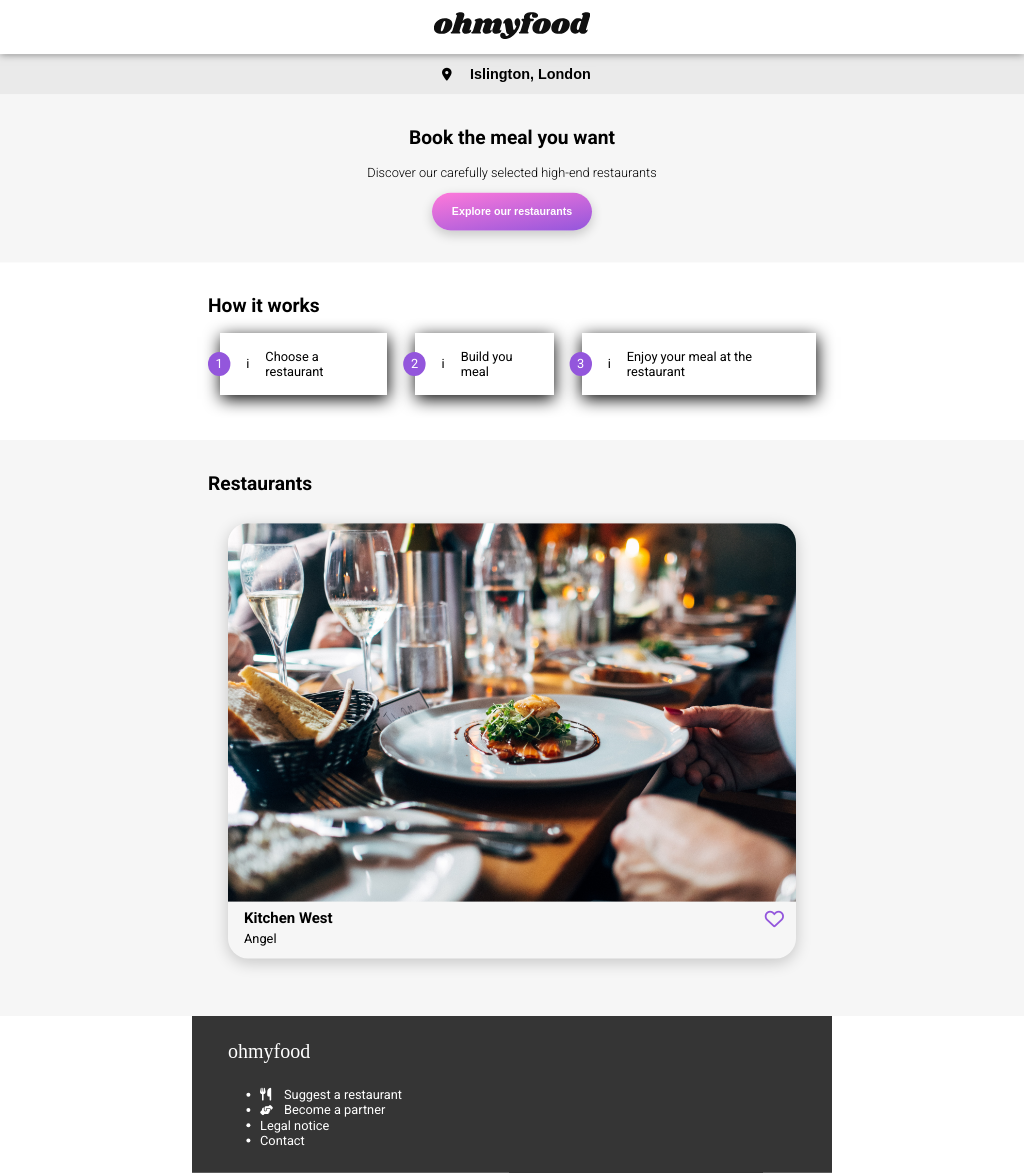
Repository: R1ptou/Project-3
Page: index.html
An editor plug-in stored every save of this project. The page is shown before and after the next save, followed by the edit.
The browser window is 1280 px wide. The pictures show the whole page, at 80% of full size.
Some web fonts or font styles are not loaded; a fallback is used. The style sheet was rebuilt from its Sass, Less or Tailwind sources for each picture, by a compiler version that may differ from the author's.

Above is the page before, as saved 2024-03-26 20:01:17.

### index.html
<!DOCTYPE html>
<html lang="en">
<head>
    <meta charset="UTF-8">
    <meta name="viewport" content="width=device-width, initial-scale=1.0">
    <title>ohmyfood</title>
    <link rel="preconnect" href="https://fonts.googleapis.com">
    <link rel="preconnect" href="https://fonts.googleapis.com">
    <link rel="preconnect" href="https://fonts.gstatic.com" crossorigin>
    <link href="https://fonts.googleapis.com/css2?family=Roboto:wght@300;400;700&family=Shrikhand&display=swap" rel="stylesheet">
    <link rel="stylesheet" href="https://cdnjs.cloudflare.com/ajax/libs/font-awesome/6.2.1/css/all.min.css"
        integrity="sha512-MV7K8+y+gLIBoVD59lQIYicR65iaqukzvf/nwasF0nqhPay5w/9lJmVM2hMDcnK1OnMGCdVK+iQrJ7lzPJQd1w=="
        crossorigin="anonymous" referrerpolicy="no-referrer">
    <link rel="stylesheet" href="./css/style.css">
</head>
<body>
<!-- Nav -->
    <nav class="navbar"> <!-- Logo -->
        <div class="container text-center">
            <img class="logo" src="./Images%20and%20text%20Ohmyfood/images/logo/ohmyfood@2x.svg" alt="ohmyfood logo" >
        </div>
    </nav>
    <form class="search-bar"> <!-- Search bar -->
        <div class="container text-center">
            <div class="icon-search"><i class="text-black fa-solid fa-location-dot"></i></div>
            <input class="input-search" value="Islington, London" type="text">
         </div>
    </form>

    <main>
        <section class="section bg-dark"> <!-- Headline -->
            <div class="container text-center">
                <h2 class="headline">Book the meal you want</h2>
                <p class="sub-headline">Discover our carefully selected high-end restaurants</p>
                <button type="submit" class="button-search">Explore our restaurants</button> <!-- Submit button -->
             </div>
        </section>

<!-- How it works -->
        <section class="section container">
            <h2 class="headline">How it works</h2>
            <ol class="list-group">
                <li class="list-group__item">
                    <span class="list-group__icon">i</span>
                    <span class="list-group__title">Choose a restaurant</span>
                </li>
                <li class="list-group__item">
                    <span class="list-group__icon">i</span>
                    <span class="list-group__title">Build you meal</span>
                </li>
                <li class="list-group__item">
                    <span class="list-group__icon">i</span>
                    <span class="list-group__title">Enjoy your meal at the restaurant</span>
                </li>
            </ol>
        </section>
<!-- Restaurants -->
        <section class="section bg-dark">
            <div class="container">
                <h2 class="headline">Restaurants</h2>
                <div class="card-group">
                 <a href="#" class="card">
                    <img class="card-img" src="./Images%20and%20text%20Ohmyfood/images/restaurants/jay-wennington-N_Y88TWmGwA-unsplash.jpg" alt="">
                    <div class="card-row">
                        <div class="card-content">
                            <h3 class="card-title">Kitchen West</h3>
                            <p class="card-subtitle">Angel</p>
                        </div>
                        <div class="heart">
                            <span class="fa-solid fa-heart heart-icon heart-full"></span>
                            <span class="fa-regular fa-heart heart-icon heart-empty"></span>
                        </div>
                    </div>
                 </a>
                </div>
            </div>
        </section>
    </main>
<!-- Header -->
<!-- Footer -->
<footer class="footer container">
    <div class="container">
    <div class="logo"> <!-- Logo -->
        <a href class="#top footer-logo" title="Back to top of the page" alt="Back to top of the page">ohmyfood</a>
     </div>
     <ul class="list">
        <li><a href="#"><span class="fa-solid fa-utensils footer-ico"></span>Suggest a restaurant</a></li>
        <li><a href="#"><i class="fa-solid fa-handshake-angle footer-ico ico-resize"></i>Become a partner</a></li>
        <li><a href="#">Legal notice</a></li>
        <li><a href="mailto:project3@ohmyfood.com" title="Email Us" alt="Email Us">Contact</a></li>
      </ul>
    </div>
  </footer>
</body>
</html>

### scss/style.scss
/****** General ***********/

@import "variables";
@import "base";
@import "loader";
@import "list-group";
@import "card";
@import "button";

.container {
    max-width: 800px;
    margin: auto;
    padding-left: 20px;
    padding-right: 20px;
}

.text-center {
    text-align: center;
}

.bg-dark {
    background-color: $senary-color;
}

.section {
    padding-top: 40px;
    padding-bottom: 40px;
}

/****** Nav ***********/
.navbar {
    box-shadow: 0 0 10px 0 rgba($color: #000000, $alpha: .5);
    position: relative;
}

/****** Logo ***********/

.logo {
    padding: 15px 0;
}
/****** Search bar ***********/

.search-bar {
    background-color: $septenary-color;
}

.icon-search {
    display: inline-flex;
    justify-content: center;
    align-items: center;
    width: 50px;
    height: 50px;
    flex-shrink: 0;
}

.input-search {
    border-width: 0;
    border-style: none;
    width: 159px;
    padding: 0;
    font-weight: bold;
    font-size: 18px;
    background-color: $septenary-color;
    caret-color: $tertiary-color;
}
.input-search:focus {
    outline: none;
}

/****** Headline ***********/
.headline {
    margin-top: 0;
}

.sub-headline {
    font-weight: 300;
}

/****** How it works ***********/

.icon-pic {
    display: relative;
    background: none;
    color: $quinary-color;
    width: 25px;
    height: 25px;
    padding: 0;
    flex-shrink: 0;
}

.icon-pic:hover {
    color: $primary-color;
}

.menu-item {
	background: white;
	border-radius: 16px;
	box-shadow: 0 4px 8px 0 rgba(0,0,0,0.2);
	position: relative;
	overflow: hidden;
	cursor: pointer;
	display: flex;

	.menu-item__price {
		display: flex;
		align-items: center;
		padding: 20px;
	}

	&:hover {
		.menu-item__checkmark {
			width: 75px;
		}
		.menu-item__checkmark-icon {
			-webkit-transform: rotate(0deg);
			transform: rotate(0deg);
		}
	}

	.menu-item__body {
		width: 100%;
		padding: 15px;
		overflow: hidden;
		display: flex;
		flex-direction: column;

		.menu-item__content, .menu-item__heading {
			margin: 0;
			font-size: 15px;
			text-overflow: ellipsis;
			overflow: hidden;
			white-space: nowrap;
		}

		.menu-item__heading{
			font-size: 17px;
		}
	}

	.menu-item__checkmark {
		width: 0;
        overflow: hidden;
		background: $senary-color;
		transition: width 1s;
		right: 0;
		top: 0;
		bottom: 0;
		flex-shrink: 0;
		display: flex;
		justify-content: center;
		align-items: center;
	}

	.menu-item__checkmark-icon {
		transform: rotate(-360deg);
		transition: transform 1s;
		color: $primary-color;;
	}
}


/****** Restaurants ***********/

.heart {
    position: relative;
    display:inline-block;
    height: 24px;
    width: 24px;
    top: 10px;
    right: 15px;
}

.heart-icon {
    position: absolute;
    display: inline-block;
    height: 24px;
    width: 24px;
    color: $primary-color;
    font-size: 24px;
}

.heart-empty {
    transition: opacity 1s;
    opacity: 1;
}

.heart-full {
    transition: opacity 1s;
    opacity: 0;
    background-image: $gradient;
    background-clip: text;
    -webkit-background-clip: text;
    color: transparent;
}

.heart:hover .heart-full {
    opacity: 1;
}

.heart:hover .heart-empty {
    opacity: 0;
}

/****** Starters ***********/


/****** Mains ***********/


/****** Deserts ***********/


/****** Button ***********/

.btn {
    background-color: $primary-color;
}

/****** Label ***********/


/****** Icon ***********/


/****** Footer ***********/

.footer {
    background-color: $octonary-color;
    color: #fff;
    padding: 15px 25px;
}

.footer-logo {
    color: #fff;
    font-family: $primary-serif;
    font-size: 25px;
    margin: 0;
}

.footer a {
    color: #fff;
}

.footer-ico {
    width: 30px;
}

.ico-resize {
    font-size: 13px;
}

### scss/_variables.scss
    $primary-color: #9356DC; // button, badge, icon hover
    $secondary-color: #FF79DA; // button gradient
    $tertiary-color: #99E2D0; // element hue
    $quaternary-color: #008766; // badge font
    $quinary-color: #7E7E7E; // icons
    $senary-color: #F6F6F6; // background hue (off-white)
    $septenary-color: #EAEAEA; // form field background
    $octonary-color: #353535; // footer background

    $gradient: linear-gradient(-10deg, #9356DC, #FF79DA);
    $gradient-hover: linear-gradient(120deg, #9356DC, #FF79DA);

    $primary-sans-serif: "Roboto", sans-serif;
    $primary-serif: "Shrikhand", serif;

### scss/_base.scss
body {
    margin: 0;
    padding: 0;
    color: #000;
    font-family: $primary-sans-serif;
    }

::selection {
    color: #000;
    background: $tertiary-color;
    }

a {
    text-decoration: none;
    }

a, a:visited {
    color: inherit;
    }

a:hover, a:focus {
    color: $tertiary-color;
}

* {
    box-sizing: border-box;
    -moz-box-sizing: border-box;
    -webkit-box-sizing: border-box;
    }

*:focus {
    outline: $tertiary-color solid 2px;
}

*:visited {}

html {
    scroll-behavior: smooth;
  }

a[title]:hover::after {
    opacity: 1;
    transition: all 0.1s ease 0.3s;
    visibility: visible;
}

a[title]:after {
    content: attr(title);
    color: $tertiary-color;
    position: absolute;
    top: 10px;
    left: 105%;
    z-index: 100;
    white-space: nowrap;
    border: solid 1px;
    padding: 5px;
    font-family: $primary-sans-serif;
    font-size: 0.7rem;
    opacity: 0;
    visibility: hidden;
}
[title] {
    position: relative;
}

### scss/loader.scss
.menu--fade {
	animation-name: menu-fade;
	animation-duration: 3s;
	animation-iteration-count: 1;
	animation-fill-mode: forwards;
	opacity: 0;
}

.menu--fade-1 {
	animation-delay: 0.1s;
}
.menu--fade-2 {
	animation-delay: 0.2s;
}
.menu--fade-3 {
	animation-delay: 0.3s;
}

@keyframes menu-fade {
  0% {
    opacity: 0;
		transform: translate(0, 200px);
  }
  100% {
    opacity: 1;
		transform: translate(0);
  }
}

.loader {
	background-color: $senary-color;
	position: fixed;
	top: 0;
	bottom: 0;
	left: 0;
	right: 0;
	display: flex;
	justify-content: center;
	align-items: center;
	animation-name: loader-fade;
	animation-duration: 2s;
	animation-delay: 2s;
	animation-iteration-count: 1;
	animation-fill-mode: forwards;
	z-index: 1
}

@keyframes loader-fade {
  0% {
    opacity: 1;
  }
	99% {
    opacity: 0;
		top: 0;
		bottom: 0;
	}
    100% {
		top: -10000px;
		bottom: auto;
  }
}

.lds-ring {
  display: inline-block;
  position: relative;
  width: 80px;
  height: 80px;
}
.lds-ring div {
  box-sizing: border-box;
  display: block;
  position: absolute;
  width: 64px;
  height: 64px;
  margin: 8px;
  border: 8px solid #000;
  border-radius: 50%;
  animation: lds-ring 1.2s cubic-bezier(0.5, 0, 0.5, 1) infinite;
  border-color: #000 transparent transparent transparent;
}
.lds-ring div:nth-child(1) {
  animation-delay: -0.45s;
}
.lds-ring div:nth-child(2) {
  animation-delay: -0.3s;
}
.lds-ring div:nth-child(3) {
  animation-delay: -0.15s;
}

@keyframes lds-ring {
  0% {
    transform: rotate(0deg);
  }
  100% {
    transform: rotate(360deg);
  }
}

### scss/_list-group.scss
.list-group {
	list-style: none;
	padding: 0;
	display: flex;
	flex-direction: column;
	gap: 20px;
	counter-reset: my-counter;

	// Element pattern "BLOCK-NAME__ELEMENT-NAME"
	.list-group__item {
		margin-left: 15px; // offset number margin
		padding: 20px 20px 20px 0;
		display: flex;
		align-items: center;
		gap: 20px;
		box-shadow: 1px 5px 20px;
		counter-increment: my-counter;
        flex-grow: 1;

		&:before {
			content: counter(my-counter); // custom counter
			height: 30px;
			width: 30px;
			background-color: $primary-color;
			border-radius: 50%;
			display: flex;
			justify-content: center;
			align-items: center;
			color: #fff;
			margin-left: -15px; // inset number
		}
    }
}

@media screen and (min-width: 768px) {
    .list-group {
        flex-direction: row;
    }
}

### scss/_card.scss
.card-group {
    display: flex;
    flex-wrap: wrap;
    padding: 16px 25px;
}

.card-group .card {
    min-width: 200px;
    flex: 1 0 0;
}

/****** Restaurants ***********/

.card {
    margin-bottom: 1rem;
    display: flex;
    flex-direction: column;
    background-color: var(#F6F6F6);
    box-shadow: 0 5px 20px rgba(0,0,0,0.2);
    border-radius: 25px;
    overflow: hidden;

}

.card-img {
    object-fit: cover;
    width: 100%;
}

.card-content {
    padding: 10px 20px;
    flex-grow: 1;
}

.card-title {
    margin: 0;
}

.card-subtitle {
    margin: 5px 0;
}

.card-row {
    display: flex;
}

### scss/_button.scss
/****** Submit button ***********/


.button-search{
    padding: 16px 25px;
    color: #fff;
    font-weight: bold;
    background: $gradient;
    border-radius: 25px;
    border: none;
    justify-content: center;
    box-shadow: 0 5px 15px 0 rgba($color: #000000, $alpha: 0.2);
    transition: all 0.5s ease-out;
    cursor: pointer;
}

.button-search:hover,
.button-search:focus {
    filter: brightness(105%);
    box-shadow: 0 5px 15px 0 rgba($color: #000000, $alpha: 0.8);
}

After the next save:
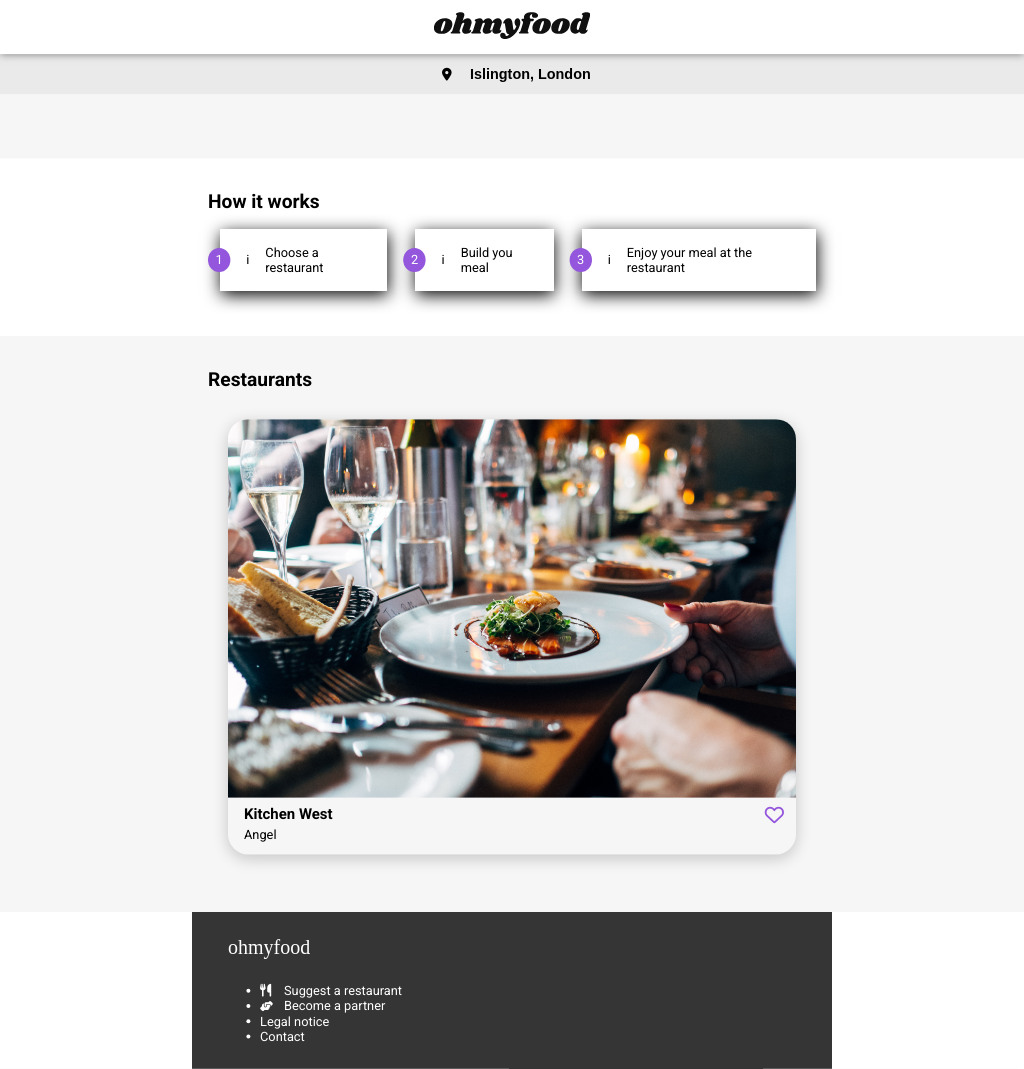
Saved 88 s later.
--- a/index.html
+++ b/index.html
@@ -29,7 +29,7 @@
 
     <main>
         <section class="section bg-dark"> <!-- Headline -->
-            <div class="container text-center">
+            <div class=" loader container text-center">
                 <h2 class="headline">Book the meal you want</h2>
                 <p class="sub-headline">Discover our carefully selected high-end restaurants</p>
                 <button type="submit" class="button-search">Explore our restaurants</button> <!-- Submit button -->
